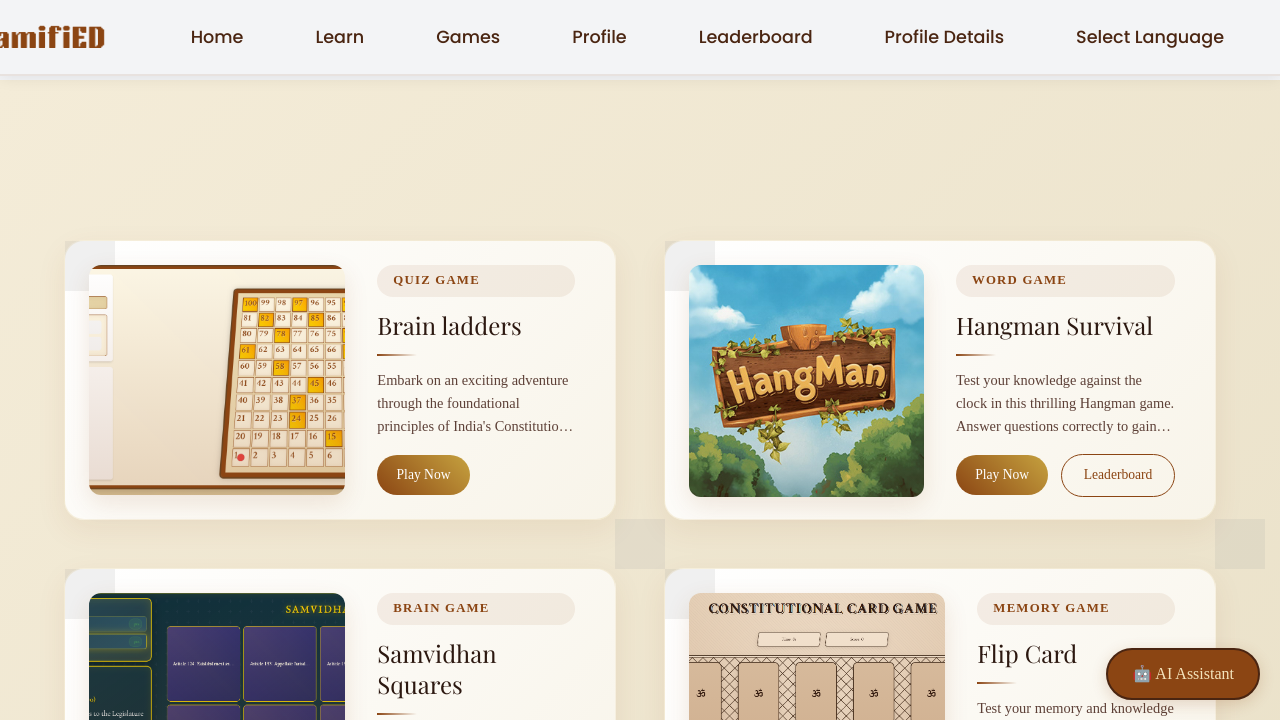
Repository: Team-4i/iks
Page: users/templates/users/game_library.html
The author's editor kept a copy of each file at every save. The page is drawn from the files as they stood at one save, then again after the next save.
The browser window is 1280 px wide. The pictures show the whole page.
Pictures or frames that could not be fetched are drawn as grey boxes. An inner scrolling area shows only its first screen. Some web fonts or font styles are not loaded; a fallback is used. Some web libraries are served in a nearby version. The template is drawn by Django 5.2. The application's start-up code is not run. The template is opened directly, without the code that normally fills it, so the values that code supplies are empty.

Above is the page before, as saved 2025-04-18 23:28:51.

After the next save:
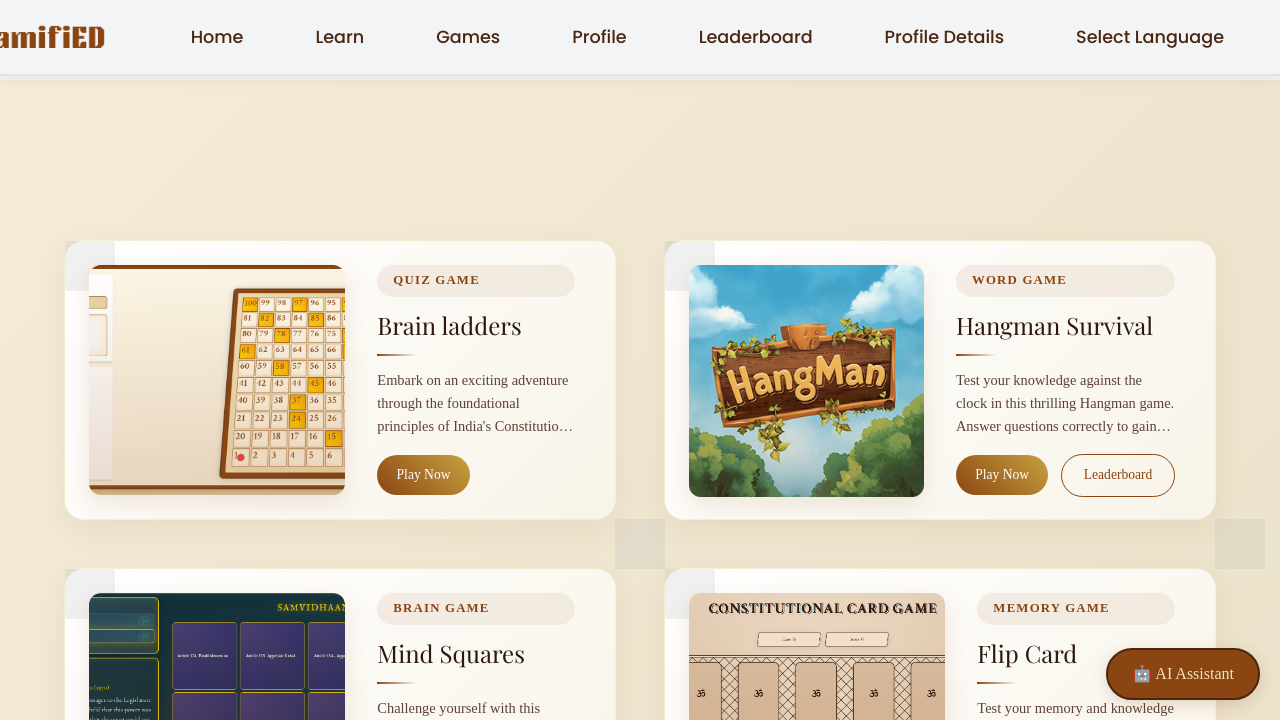
Saved 118 s later.
--- a/users/templates/users/game_library.html
+++ b/users/templates/users/game_library.html
@@ -123,7 +123,7 @@
             <div class="corner-flourish"></div>
         </div>
 
-        <!-- Samvidhan Squares -->
+
         <div class="game-card">
             <div class="corner-flourish"></div>
             <div class="game-image">
@@ -132,7 +132,7 @@
             </div>
             <div class="game-content">
                 <span class="game-type">Brain Game</span>
-                <h3>Samvidhan Squares</h3>
+                <h3>Mind Squares</h3>
                 <div class="decorative-line"></div>
                 <p>Challenge yourself with this strategic game that tests your knowledge of constitutional principles while competing to complete squares.</p>
                 <div class="game-footer">
